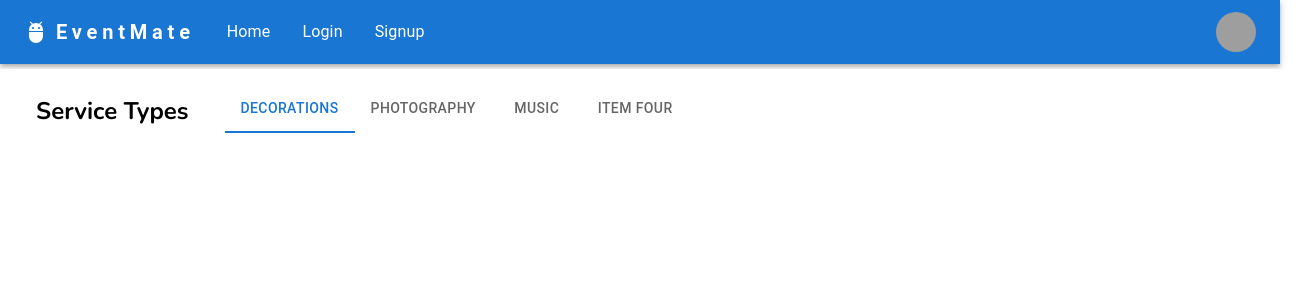
Repository: Farida-Yeasmin-Mim/EventMate_Frontend
Page: /filterpage
The author's editor kept a copy of each file at every save. The page is drawn from the files as they stood at one save, then again after the next save.
The browser window is 1280 px wide. The page is 1296 px wide, so the pictures cover 1296 px, including what lies to the right of the window. The pictures show the whole page.
Pictures or frames that could not be fetched are drawn as grey boxes. The page's requests for data from a server got no answer. The project was rebuilt for these pictures with package versions that can differ from the ones it lists, and the page was loaded fresh each time. No one was signed in, and anything a server would have sent is missing. Also part of the build but not shown: src/components/PostRequest.js, src/pages/auth/Login.js, src/components/seletionTextField/selectGender.js, src/pages/auth/Signup.js, src/components/vendor/RegVendor.js, src/components/offer.js, src/components/productcategories.js, src/components/icontabs.js and 15 more.

Above is the page before, as saved 2022-08-16 17:54:12.

### public/index.html
<!DOCTYPE html>
<html lang="en">
  <head>
    <meta charset="utf-8" />
    <link rel="icon" href="%PUBLIC_URL%/favicon.ico" />
    <meta name="viewport" content="width=device-width, initial-scale=1" />
    <meta name="theme-color" content="#000000" />
    <meta
      name="description"
      content="Web site created using create-react-app"
    />
    <link rel="apple-touch-icon" href="%PUBLIC_URL%/logo192.png" />

    <link href="https://fonts.googleapis.com/css2?family=Nunito:ital,wght@0,200;0,300;0,400;0,500;0,600;0,700;0,800;0,900;1,200;1,300;1,400;1,500;1,600;1,700;1,900&family=Raleway:ital,wght@0,100;0,200;0,300;0,400;0,500;0,600;0,700;0,800;0,900;1,100;1,200;1,300;1,400;1,500;1,600;1,700;1,800;1,900&display=swap"
    rel="stylesheet">

    <style>
      * {
        font-family: 'Nunito', sans-serif;
        margin: 0;
      }
    </style>

    <link rel="manifest" href="%PUBLIC_URL%/manifest.json" />

    <title>EventMate</title>
  </head>
  <body>
    <noscript>You need to enable JavaScript to run this app.</noscript>
    <div id="root"></div>

  </body>
</html>

### src/index.js
import React from 'react';
import ReactDOM from 'react-dom/client';
import './index.css';
import App from './App';
import reportWebVitals from './reportWebVitals';
import axios from 'axios';
import Context from './components/context/Context';

axios.defaults.baseURL = 'http://127.0.0.1:8000/api/'
// axios.defaults.baseURL = 'https://guarded-beach-16980.herokuapp.com/api/'
axios.defaults.headers.common['Authorization'] = 'Bearer ' + localStorage.getItem('token')

const root = ReactDOM.createRoot(document.getElementById('root'));
root.render(
  <React.StrictMode>
    <Context>
      <App />
    </Context>
  {/* <App/> */}
  </React.StrictMode>

);

// If you want to start measuring performance in your app, pass a function
// to log results (for example: reportWebVitals(console.log))
// or send to an analytics endpoint. Learn more: https://bit.ly/CRA-vitals
reportWebVitals();

### src/App.js
//import logo from './logo.svg';
import './App.css';
import Login from './pages/auth/Login';
import Signup from './pages/auth/Signup';
import Registration from './components/vendor/RegVendor';
import Offer from './components/Offer';
import ProductCategories from './components/productcategories';
import IconTabs from './components/icontabs';
//import DecorationCard from './components/cards/decoration';
import Services from './components/services';
import AddDecorationsForm from './pages/services/addDecorationsForm';
//import Home from './pages/Home';
import Navbar from './components/Navbar';
import Feed from './components/feed/Feed';
import Dashboard from './components/vendor/Dashboard';
import CreateEvent from './components/event/CreateEvent';
import OrderDetails from './components/event/OrderDetails';
import AppRouter from './components/AppRouter';
import FilterPage from './components/event/filter/FilterPage';
import Notification from './components/Notification';
import SearchBar from './components/event/filter/SearchBar';




function App() {
  return (
    <div className="App">
      {/*



      <Services></Services>
      <Offer></Offer>

      <Login></Login>
      <Signup></Signup>
      <Registration></Registration>
      <AddDecorationsForm></AddDecorationsForm> */}



    {/* <DecorationCard></DecorationCard>  */}
    {/* <ProductCategories></ProductCategories> */}
    {/* <Navbar/>   */}
    {/* <Home/> */}
    {/* <Feed/> */}
    {/* <Dashboard/> */}
    {/* <CreateEvent/> */}
    {/* <OrderDetails/> */}
    {/* <Home/> */}
    {/* <SearchBar/> */}

      {/* <AppRouter /> */}
      {/* */}
      {/* <IconTabs/> */}

      <Notification/>
      <AppRouter/>
      {/* <Home/>  */}
     {/* <FilterPage/> */}

    </div>
  );
}

export default App;

### src/components/context/Context.js
import React, { createContext, useContext, useReducer  } from 'react';
import { faker } from '@faker-js/faker';
import { cartReducer } from './Reducers';
import { dataList } from '../event/filter/constants';

const Cart = createContext();

function Context({children}) {
    // const products = [...Array(20)].map(() => ({
    //     id: faker.datatype.uuid(),
    //     name: faker.commerce.productName(),
    //     price: faker.commerce.price(),
    //     image: faker.image.fashion(),
    //     inStock: faker.helpers.arrayElement([0, 3, 5, 6, 7]),
    //     fastDelivery: faker.datatype.boolean(),
    //     ratings: faker.helpers.arrayElement([1, 2, 3, 4, 5]),
    //   }));
    const products = [...dataList];

      // console.log(products);
      const [state, dispatch] = useReducer(cartReducer, {
        products: products,
        cart: [],
      });


      return (
        <Cart.Provider value={{ state, dispatch }}>
          {children}
        </Cart.Provider>
      );
};

export const CartState = () => {
  return useContext(Cart);
};

export default Context;

### src/App.css
@import url('https://fonts.googleapis.com/css2?family=Raleway:ital,wght@0,100;0,200;0,300;0,400;0,500;0,600;0,700;0,800;0,900;1,100;1,200;1,300;1,400;1,500;1,600;1,700;1,800;1,900&display=swap');


*,
*::after,
*::before{
  margin: 0;
}

body{
  font-family: 'Raleway', sans-serif;
}

input{
  font-family: 'Raleway', sans-serif;
}

/* Chrome Safari and Opera */
/* scrollbar handle */
::-webkit-scrollbar{
  display: none;
}

body{
  -ms-overflow-style: none;   /*work on internet explorer and Edge*/
  scrollbar-width: none;      /*work on Firefox*/
}


.App-logo {
  height: 40vmin;
  pointer-events: none;
}

@media (prefers-reduced-motion: no-preference) {
  .App-logo {
    animation: App-logo-spin infinite 20s linear;
  }
}

.App-header {
  background-color: #282c34;
  min-height: 100vh;
  display: flex;
  flex-direction: column;
  align-items: center;
  justify-content: center;
  font-size: calc(10px + 2vmin);
  color: white;
}

.App-link {
  color: #61dafb;
}

@keyframes App-logo-spin {
  from {
    transform: rotate(0deg);
  }
  to {
    transform: rotate(360deg);
  }
}

### src/components/Navbar.js
import * as React from 'react';
import AppBar from '@mui/material/AppBar';
import Box from '@mui/material/Box';
import Toolbar from '@mui/material/Toolbar';
import IconButton from '@mui/material/IconButton';
import Typography from '@mui/material/Typography';
import Menu from '@mui/material/Menu';
import MenuIcon from '@mui/icons-material/Menu';
import Container from '@mui/material/Container';
import Avatar from '@mui/material/Avatar';
import Button from '@mui/material/Button';
import Tooltip from '@mui/material/Tooltip';
import MenuItem from '@mui/material/MenuItem';
import AdbIcon from '@mui/icons-material/Adb';
import { Link } from "react-router-dom";


// const pages = ['Home', 'About', 'Services', 'Contact Us', 'LogIn', 'SignUp'];
const settings = ['Profile', 'Account', 'Dashboard', 'Logout'];

const Navbar = () => {
  const [anchorElNav, setAnchorElNav] = React.useState(null);
  const [anchorElUser, setAnchorElUser] = React.useState(null);

  const handleOpenNavMenu = (event) => {
    setAnchorElNav(event.currentTarget);
  };
  const handleOpenUserMenu = (event) => {
    setAnchorElUser(event.currentTarget);
  };

  const handleCloseNavMenu = () => {
    setAnchorElNav(null);
  };

  const handleCloseUserMenu = () => {
    setAnchorElUser(null);
  };

  return (
    <AppBar position="static">
      <Container maxWidth="xl">
        <Toolbar disableGutters>
          <AdbIcon sx={{ display: { xs: 'none', md: 'flex' }, mr: 1 }} />


          {/* For Left side EventMate design */}
          <Typography
            variant="h6"
            noWrap
            component="a"
            href="/"
            sx={{
              mr: 2,
              display: { xs: 'none', md: 'flex' },
              fontWeight: 700,
              letterSpacing: '.3rem',
              color: 'inherit',
              textDecoration: 'none',
            }}
          >
            EventMate
          </Typography>

          <Box sx={{ flexGrow: 1, display: { xs: 'flex', md: 'none' } }}>
            <IconButton
              size="large"
              aria-label="account of current user"
              aria-controls="menu-appbar"
              aria-haspopup="true"
              onClick={handleOpenNavMenu}
              color='inherit'
            >
              <MenuIcon />
            </IconButton>


            <Menu
              id="menu-appbar"
              anchorEl={anchorElNav}
              anchorOrigin={{
                vertical: 'bottom',
                horizontal: 'left',
              }}
              keepMounted
              transformOrigin={{
                vertical: 'top',
                horizontal: 'left',
              }}
              open={Boolean(anchorElNav)}
              onClose={handleCloseNavMenu}
              sx={{
                display: { xs: 'block', md: 'none' },
              }}
            >

              {/* pages function for left bar */}
              {/* {pages.map((page) => (
                <MenuItem key={page} onClick={handleCloseNavMenu}>
                  <Typography textAlign="center">{page}</Typography>

                </MenuItem>
              ))} */}
              {/* <MenuItem><Link to="/">Home</Link></MenuItem>
              <MenuItem><Link to="/login">Login</Link></MenuItem>
              <MenuItem><Link to="/signup">Signup</Link></MenuItem> */}

            </Menu>
          </Box>


          {/* <AdbIcon sx={{ display: { xs: 'flex', md: 'none' }, mr: 1 }} />
          <Typography
            variant="h5"
            noWrap
            component="a"
            href=""
            sx={{
              mr: 2,
              display: { xs: 'flex', md: 'none' },
              flexGrow: 1,
              fontFamily: 'monospace',
              fontWeight: 700,
              letterSpacing: '.3rem',
              color: 'white',
              textDecoration: 'none',
            }}
          >
            EventMate
          </Typography> */}




           {/* left side pages button design */}
          {/* <Box sx={{ flexGrow: 1, display: { xs: 'none', md: 'flex' } }}>
            {pages.map((page) => (
              <Button
                key={page}
                onClick={handleCloseNavMenu}
                sx={{ my: 2, color: 'white', display: 'block' }}
              >
                {page}
              </Button>
            ))}
          </Box> */}
          {/* <Box sx={{ flexGrow: 1, display: { xs: 'none', md: 'flex' } }}>
              <Button
                key={page}
                onClick={handleCloseNavMenu}
                sx={{ my: 2, color: 'white', display: 'block' }}
              >


              </Button>
          </Box> */}

          <Box sx={{ flexGrow: 1, display: { xs: 'none', md: 'flex' } }}>
              <Link to="/" style={{ textDecoration: 'none', color: 'white', display: 'block', my: 2 }} ><MenuItem> Home</MenuItem></Link>
              <Link to="/login" style={{ textDecoration: 'none', color: 'white', display: 'block', my: 2 }}><MenuItem>Login</MenuItem></Link>
              <Link to="/signup" style={{ textDecoration: 'none', color: 'white', display: 'block', my: 2 }}><MenuItem>Signup</MenuItem></Link>
          </Box>



           {/* right side iconbar design*/}
          <Box sx={{ flexGrow: 0 }}>
            <Tooltip title="Open settings">
              <IconButton onClick={handleOpenUserMenu} sx={{ p: 0 }}>
                <Avatar alt="Remy Sharp" src="https://avatars.githubusercontent.com/u/76836136?s=400&u=6b029a033204aea30687591bedb424dcbfbea46a&v=4" />
              </IconButton>
            </Tooltip>


            <Menu
              sx={{ mt: '45px' }}
              id="menu-appbar"
              anchorEl={anchorElUser}
              anchorOrigin={{
                vertical: 'top',
                horizontal: 'right',
              }}
              keepMounted
              transformOrigin={{
                vertical: 'top',
                horizontal: 'right',
              }}
              open={Boolean(anchorElUser)}
              onClose={handleCloseUserMenu}
            >

              {/* settings function for right iconbar */}
              {/* {settings.map((setting) => (
                <MenuItem key={setting} onClick={handleCloseUserMenu}>
                  <Typography textAlign="center">{setting}</Typography>
                </MenuItem>
              ))} */}
              <Link to="/logout" style={{ textDecoration: 'none', color: 'gray', display: 'block', my: 2 }}><MenuItem><Typography textAlign="center">Logout</Typography></MenuItem></Link>

            </Menu>
          </Box>


        </Toolbar>
      </Container>
    </AppBar>
  );
};
export default Navbar;

### src/components/AppRouter.js
import React from 'react';
import { BrowserRouter as Router, Routes, Route } from "react-router-dom";
import Login from '../pages/auth/Login';
import Logout from '../pages/auth/Logout';
import Signup from '../pages/auth/Signup';
import Home from '../pages/Home';
import CreateEvent from './event/CreateEvent';
import OrderDetails from './event/OrderDetails';
import SelectServices from './event/SelectServices';
import Feed from './feed/Feed';
import Navbar from './Navbar';
import Dashboard from './vendor/Dashboard';
import Vendor_reg from './vendor/RegVendor';
import Offer from './Offer';
import ProductCategories from './productcategories';
import AddDecorationsForm from '../pages/services/addDecorationsForm';
import FilterPage from './event/filter/FilterPage';



function AppRouter(props) {
    return (
        <Router>

            <Navbar />
            <Routes>
                <Route path="/" exact element={<Home/>} />
                <Route path="/login" element={<Login/>} />
                <Route path="/logout" element={<Logout/>} />
                <Route path="/signup" element={<Signup/>} />
                <Route path="/feed" element={<Feed/>} />
                <Route path="/vendor_reg" element={<Vendor_reg/>} />
                <Route path="/vendor_dashboard" element={<Dashboard/>} />
                <Route path="/event_create" element={<CreateEvent/>} />
                <Route path="/productcategories" element={<ProductCategories/>} />
                <Route path="/select_services" element={<SelectServices/>} />
                <Route path="/Order_details" element={<OrderDetails/>} />
                <Route path="/Offer" element={<Offer/>} />
                <Route path="/addDecorationsForm" element={<AddDecorationsForm/>} />
                <Route path="/filterpage" element={<FilterPage/>} />

                {/* path="file name" element="file function" */}


            </Routes>

      </Router>
    );
}

export default AppRouter;

### src/components/event/filter/FilterPage.js
// import * as React from 'react';
// import Box from '@mui/material/Box';
// import Tab from '@mui/material/Tab';
// import TabContext from '@mui/lab/TabContext';
// import TabList from '@mui/lab/TabList';
// import TabPanel from '@mui/lab/TabPanel';

// export default function LabTabs() {
//     const [value, setValue] = React.useState('1');

//     const handleChange = (event, newValue) => {
//         setValue(newValue);
//     };

//     return (
//         <Box sx={{ width: '100%', typography: 'body1' }}>
//             <TabContext value={value}>
//                 <Box sx={{ borderBottom: 1, borderColor: 'divider' }}>
//                     <TabList onChange={handleChange} aria-label="lab API tabs example">
//                         <Tab label="Item One" value="1" />
//                         <Tab label="Item Two" value="2" />
//                         <Tab label="Item Three" value="3" />
//                     </TabList>
//                 </Box>
//                 <TabPanel value="1">Item One</TabPanel>
//                 <TabPanel value="2">Item Two</TabPanel>
//                 <TabPanel value="3">Item Three</TabPanel>
//             </TabContext>
//         </Box>
//     );
// }
import * as React from 'react';
import Tabs from '@mui/material/Tabs';
import Tab from '@mui/material/Tab';
import Box from '@mui/material/Box';
import { Grid } from '@mui/material';

export default function ScrollableTabsButtonAuto() {
    const [value, setValue] = React.useState(0);

    const handleChange = (event, newValue) => {
        setValue(newValue);
    };

    return (
        <Grid container spacing={2} style={{ background: '#fff', margin: '5px 0' }}>
            <Grid item>
                <h2 style={{ color: "#000", textAlign: "center", padding: "10px 20px", background: '#fff' }}>Service Types</h2>

            </Grid>
            <Grid item>

                <Box sx={{ maxWidth: { xs: 320, sm: 480 }, bgcolor: 'background.paper' }}>
                    <Tabs
                        value={value}
                        onChange={handleChange}
                        variant="scrollable"
                        scrollButtons="auto"
                        aria-label="scrollable auto tabs example"
                    >
                        <Tab label="Decorations" />
                        <Tab label="Photography" />
                        <Tab label="Music" />
                        <Tab label="Item Four" />
                        <Tab label="Item Five" />
                        <Tab label="Item Six" />
                        <Tab label="Item Seven" />
                    </Tabs>
                </Box>
            </Grid>

        </Grid>

    );
}

### src/components/Notification.js
import React from 'react';
import Pusher from "pusher-js"
import Echo from 'laravel-echo';

function Notification(props) {

    const options = {
        broadcaster: 'pusher',
        // key: config.pusher.key,
        key: "5b9c0add29710ce63a0d",
        cluster: "ap2",
        forceTLS: "false",
        //authEndpoint is your apiUrl + /broadcasting/auth
        authEndpoint: "http://127.0.0.1:8000/broadcasting/auth",
        // As I'm using JWT tokens, I need to manually set up the headers.
        auth: {
          headers: {
            Authorization: 'Bearer ' + localStorage.getItem('token'),
            Accept: 'application/json',
          },
        },
      };
    const userId = 2;
    const echo = new Echo(options);
    echo.private(`App.User.${userId}`).notification((data) => {
        console.log(data.comment.body);
        window.alert(data.comment.body);
    });
    return (
        <div>

        </div>
    );
}

export default Notification;

### src/components/context/Reducers.js
export const cartReducer = (state, action) => {

    switch (action.type) {
      case "ADD_TO_CART":
        return { ...state, cart: [...state.cart, { ...action.payload, qty: 1 }] };
      case "REMOVE_FROM_CART":
        return {
          ...state,
          cart: state.cart.filter((c) => c.id !== action.payload.id),
        };
      // case "CHANGE_CART_QTY":
      //   return {
      //     ...state,
      //     cart: state.cart.filter((c) =>
      //       c.id === action.payload.id ? (c.qty = action.payload.qty) : c.qty
      //     ),
      //   };
      default:
        return state;
    }
  };

### src/components/event/filter/constants.js
import nacho from "./images/dishes/nacho-burger.jpg";


// For Category List
export const categoryList = [
    {
      id: 1,
      value: 'decoration',
      label: '💫 Decoration',
    },

    {
      id: 2,
      value: 'catering',
      label: '🍕 Catering',
    },
  ];

  // For Rating List
  export const ratingList = [
    {
      id: 1,
      value: '1',
      label: '1🌟',
    },
    {
      id: 2,
      value: '2',
      label: '2🌟',
    },
    {
      id: 3,
      value: '3',
      label: '3🌟',
    },
    {
      id: 4,
      value: '4',
      label: '4🌟',
    },
    {
      id: 5,
      value: '5',
      label: '5🌟',
    },
  ];


  // For side List
  export const dataList = [

    /*For Decoration*/
    {
      id: 1,
      title: 'Wedding Decoration 1',
      serviceTime: '7 days',
      deliveryFee: 3.44,
      category: 'decoration',
      decoration: 'Wedding',
      rating: 5,
      price: 2500,
      coverSrc: nacho,
    },
    {
      id: 2,
      title: 'Birthday Decoration 1',
      serviceTime: '15-20min',
      deliveryFee: 4.94,
      category: 'decoration',
      decoration: 'Birthday',
      rating: 4,
      price: 1000,
      coverSrc: 'https://m.media-amazon.com/images/I/81nU6clDgEL.jpg',
    },
    {
      id: 3,
      title: 'chow',
      serviceTime: '30-22min',
      deliveryFee: 4.94,
      category: 'decoration',
      decoration: 'Proposal',
      rating: 3,
      price: 2000,
      coverSrc: 'https://img.freepik.com/free-vector/night-ocean-landscape-full-moon-stars-shine_107791-7397.jpg?w=2000',
    },
    {
      id: 4,
      title: 'wharf seafood',
      serviceTime: '10-18min',
      deliveryFee: 2.14,
      category: 'decoration',
      decoration: 'Wedding',
      rating: 1,
      price: 1800,
      coverSrc: '/images/places/sea.jpg',
    },
    {
      id: 5,
      title: 'Tossin',
      serviceTime: '25-30min',
      deliveryFee: 6.79,
      category: 'decoration',
      decoration: 'Proposal',
      rating: 5,
      price: 2000,
      coverSrc: '/images/places/italiian.jpg',
    },
    {
      id: 6,
      title: 'stories noodles',
      serviceTime: '5-15min',
      deliveryFee: 2.87,
      category: 'decoration',
      decoration: 'Birthday',
      rating: 5,
      price: 3500,
      coverSrc: '/images/places/fookyew2.jpg',
    },

    /*For Catering*/
    {
      id: 7,
      title: 'Nacho cheeseburger',
      serviceTime: '50-65min',
      deliveryFee: 8.5,
      category: 'catering',
      decoration: 'american',
      rating: 2,
      price: 2200,
      coverSrc: '../filter/images/dishes/nacho-burger.jpg',
      // /images/dishes/nacho-burger.jpg
    },
    {
      id: 8,
      title: 'Mushroom Risotto',
      serviceTime: '10-15min',
      deliveryFee: 1.8,
      category: 'catering',
      decoration: 'italian',
      rating: 1,
      price: 1900,
      coverSrc: '/images/dishes/Mushroom-Risotto-Recipe-1-1200.jpg',
    },
    {
      id: 9,
      title: 'Shitake Fried Rice',
      serviceTime: '12-18min',
      deliveryFee: 3.33,
      category: 'catering',
      decoration: 'chinese',
      rating: 4,
      price: 2750,
      coverSrc: '/images/dishes/shiitake-salmon-fried-rice-0218-103230720.jpg',
    },
    {
      id: 10,
      title: 'Pesto chicken stew',
      serviceTime: '30-38min',
      deliveryFee: 1.9,
      category: 'catering',
      decoration: 'american',
      rating: 2,
      price: 4350,
      coverSrc: '/images/dishes/pesto-chicken.jpg',
    },
    {
      id: 11,
      title: 'Bruschetta',
      serviceTime: '16-20min',
      deliveryFee: 4.1,
      category: 'catering',
      decoration: 'italian',
      rating: 3,
      price: 3300,
      coverSrc: '/images/dishes/as-tomato-bruschetta-articleLarge.jpg',
    },
    {
      id: 12,
      title: 'Dim Sums',
      serviceTime: '24-30min',
      deliveryFee: 1.5,
      category: 'catering',
      decoration: 'chinese',
      rating: 2,
      price: 4100,
      coverSrc: '/images/dishes/dimsums.jpg',
    },
  ];

Loaded but not shown: src/index.css (common file); src/reportWebVitals.js (common file)

After the next save:
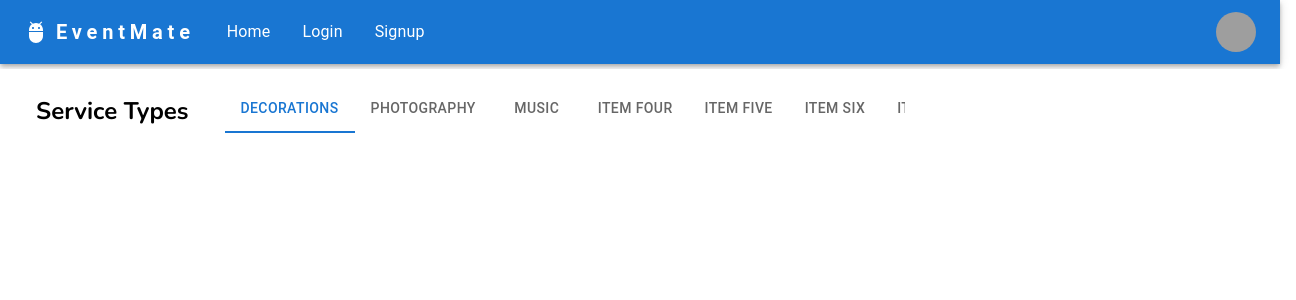
Saved 91 s later.
--- a/src/components/event/filter/FilterPage.js
+++ b/src/components/event/filter/FilterPage.js
@@ -50,7 +50,7 @@ export default function ScrollableTabsButtonAuto() {
             </Grid>
             <Grid item>
 
-                <Box sx={{ maxWidth: { xs: 320, sm: 480 }, bgcolor: 'background.paper' }}>
+                <Box sx={{ maxWidth: { xs: 320, sm: 680 }, bgcolor: 'background.paper' }}>
                     <Tabs
                         value={value}
                         onChange={handleChange}
